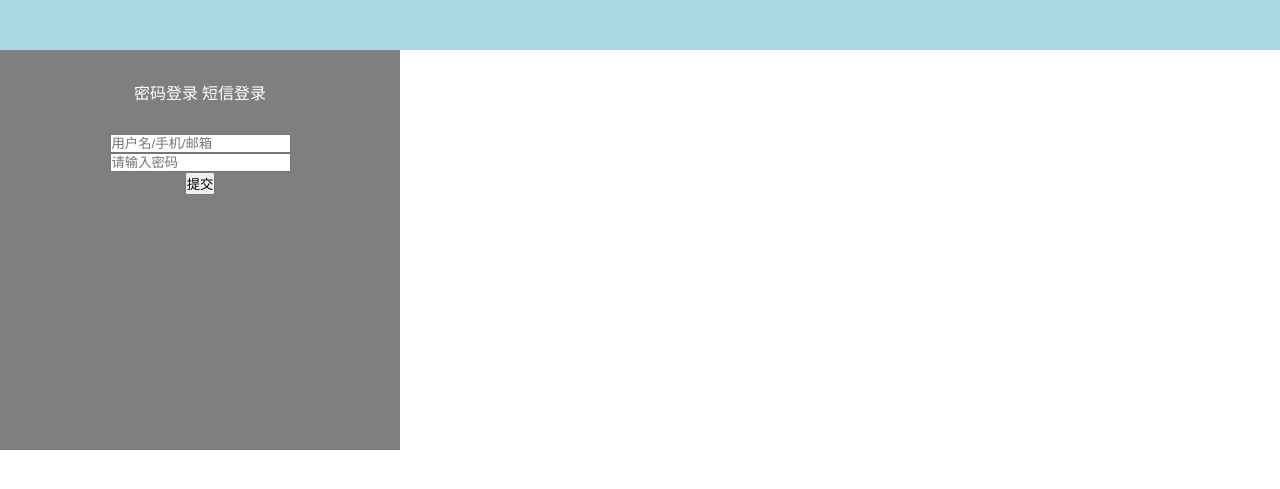
Repository: wxamlzm/campus0714
Page: views/login.html
An editor plug-in stored every save of this project. The page is shown before and after the next save, followed by the edit.
The browser window is 1280 px wide. The pictures show the whole page.

Above is the page before, as saved 2021-07-14 23:00:28.

After the next save:
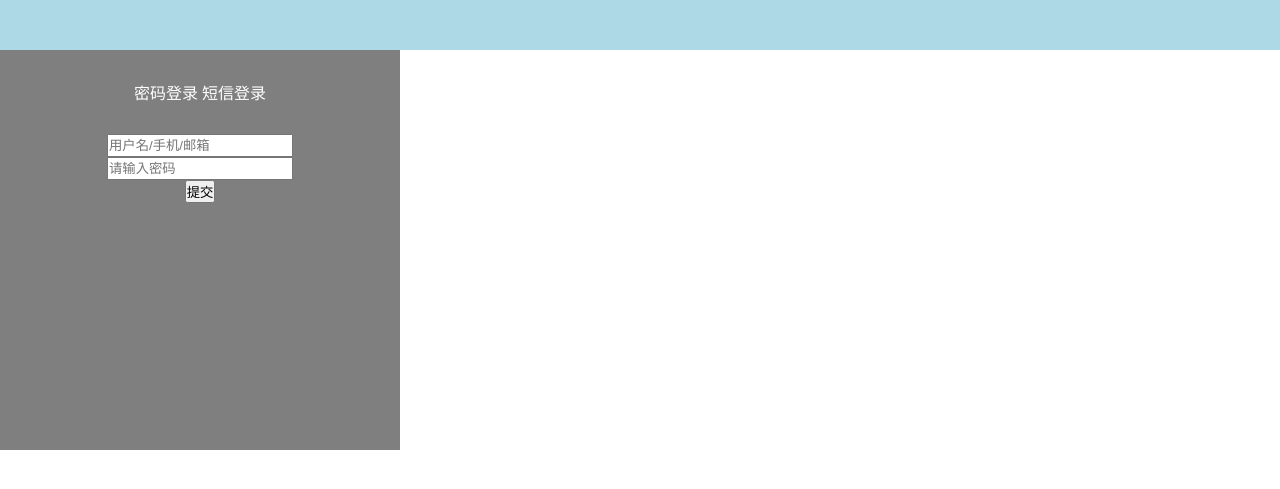
Saved 20 s later.
--- a/views/css/common.css
+++ b/views/css/common.css
@@ -28,5 +28,5 @@ header {
 }
 
 .login-box .login-input input {
-  padding
+  padding: 2px 5px 2px 0;
 }
